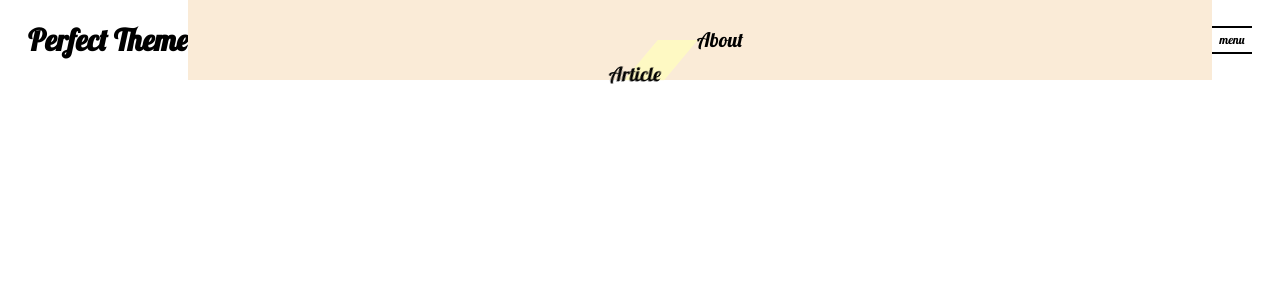
Repository: hsumyatm7308/laravel-blog
Page: blogweb/resources/views/blog/headerlayout.html
The author's editor kept a copy of each file at every save. The page is drawn from the files as they stood at one save, then again after the next save.
The browser window is 1280 px wide. The pictures show the whole page.
Some web libraries are served in a nearby version.

Above is the page before, as saved 2023-09-04 15:53:57.

After the next save:
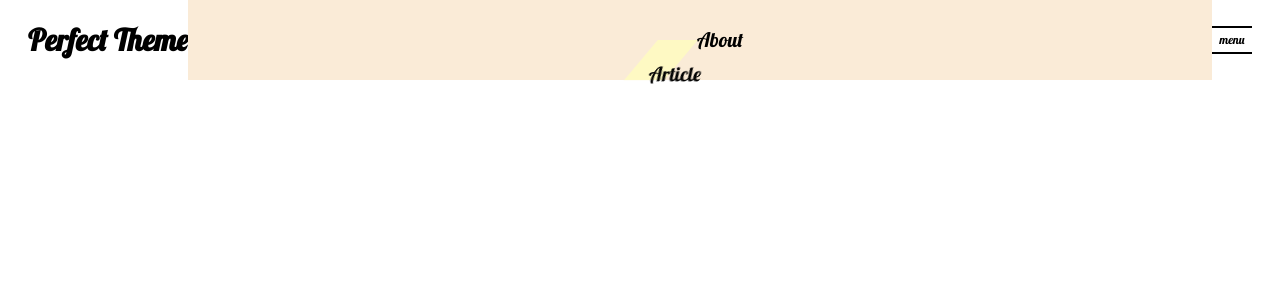
Saved 10 s later.
--- a/blogweb/resources/views/blog/headerlayout.html
+++ b/blogweb/resources/views/blog/headerlayout.html
@@ -34,7 +34,7 @@
 
     .article {
         position: fixed;
-        left: -50%;
+        left: ;
 
 
 
